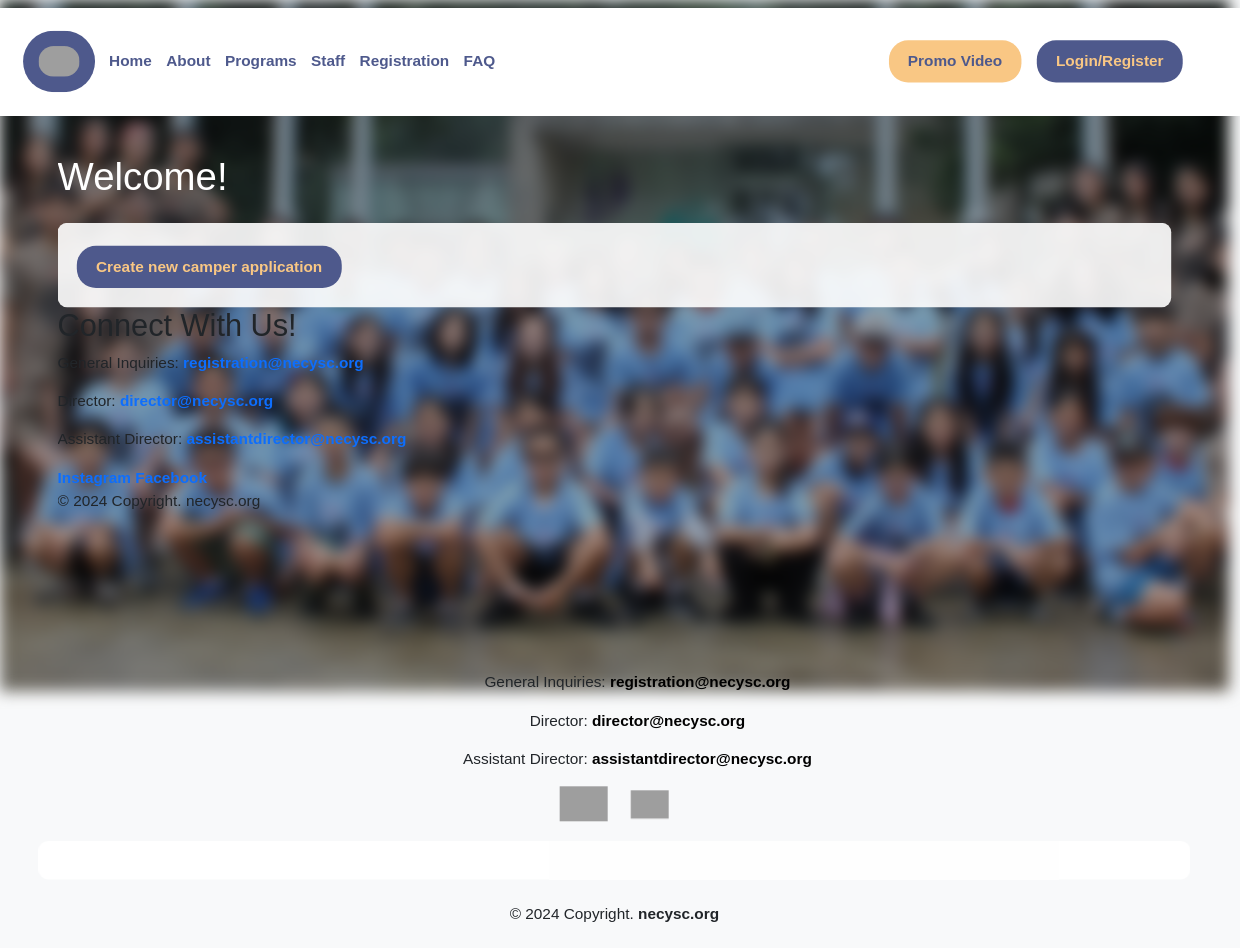
Repository: fullstackatbrown/project-necysc
Page: necysc_app/templates/necysc_app/applicant/index.html
An editor plug-in stored every save of this project. The page is shown before and after a run of saves, followed by the edit.
The browser window is 1280 px wide. The page is 1292 px wide, so the pictures cover 1292 px, including what lies to the right of the window. The pictures show the whole page, at 96% of full size.
Pictures or frames that could not be fetched are drawn as grey boxes. Some web fonts or font styles are not loaded; a fallback is used. The template is drawn by Django 5.2. The application's start-up code is not run. The template is opened directly, without the code that normally fills it, so the values that code supplies are empty.

Above is the page before, as saved 2024-12-04 01:38:26.

After the next 2 saves:
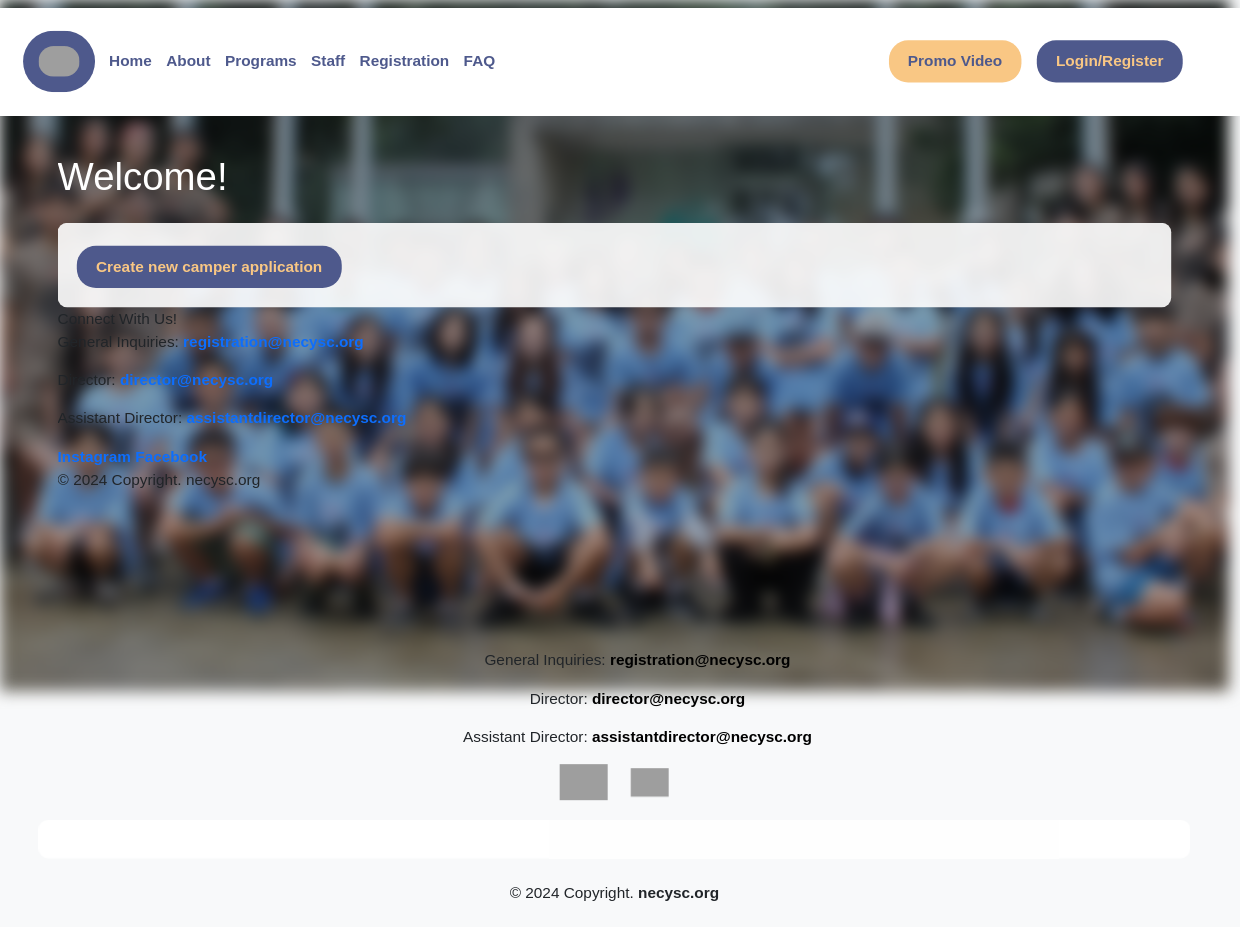
The 2 saves are shown as one change because they came seconds apart.
The last was saved 37 s later.
--- a/necysc_app/templates/necysc_app/applicant/index.html
+++ b/necysc_app/templates/necysc_app/applicant/index.html
@@ -99,7 +99,7 @@ box-shadow: 0 0 20px 2px rgba(0, 0, 0, 0.15); /* Adjust the glow effect */
 </style>
 <!-- Connect With Us Section -->
 <div class="footer-section">
-    <h2>Connect With Us!</h2>
+    <h2class="welcome-title">Connect With Us!</h2>
     <p>General Inquiries: <a href="mailto:registration@necysc.org">registration@necysc.org</a></p>
     <p>Director: <a href="mailto:director@necysc.org">director@necysc.org</a></p>
     <p>Assistant Director: <a href="mailto:assistantdirector@necysc.org">assistantdirector@necysc.org</a></p>
